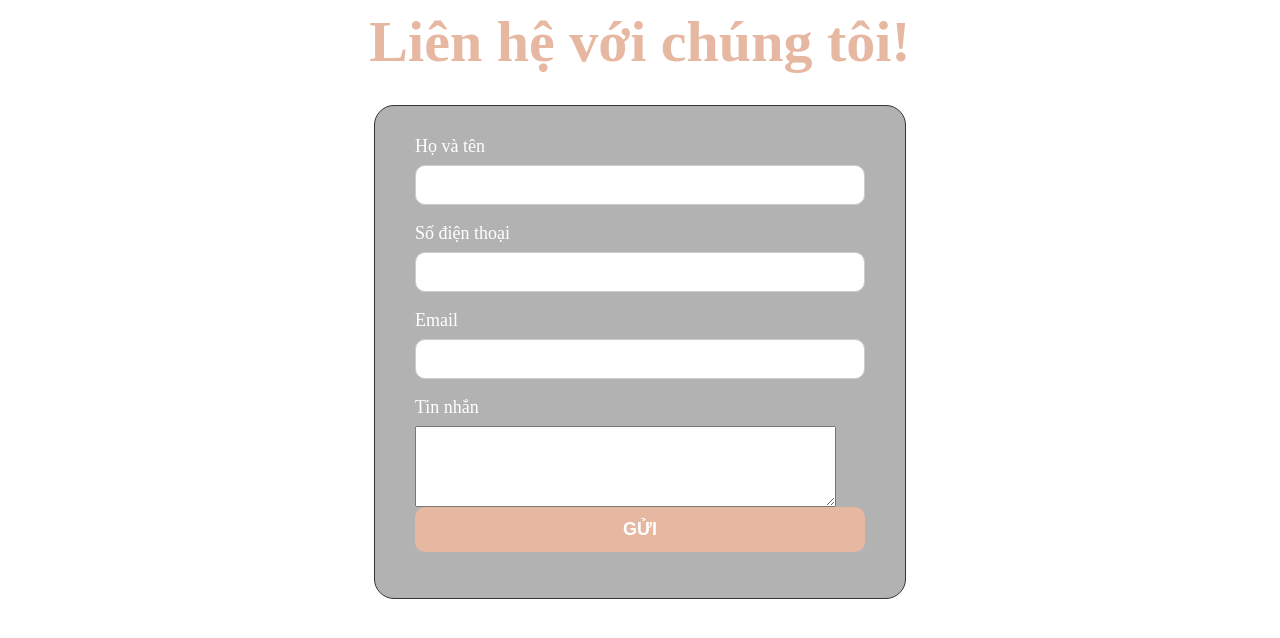
Repository: mingbeo100-boop/website_bancheonline
Page: http://localhost/pages/lienhe.php
The author's editor kept a copy of each file at every save. The page is drawn from the files as they stood at one save, then again after the next save.
The browser window is 1280 px wide. The pictures show the whole page.
The page is run by PHP 8.4 with error messages shown; the project is at /var/www/html/.

Above is the page before, as saved 2025-11-27 08:14:47.

### pages/lienhe.php
<style>
    h1 {
        font-family: 'Dancing Script', cursive;
        color: #E6B8A2;
        font-size: 58px;
        text-align: center;
        margin-bottom: 30px;
    }

    .decor-form {
        background: rgba(0, 0, 0, 0.3);
        padding: 30px 40px;
        border-radius: 20px;
        max-width: 450px;
        margin: auto;
        border: 1px solid #333;
        backdrop-filter: blur(3px);
    }

    label {
        color: white;
        font-size: 18px;
        margin-bottom: 8px;
        display: block;
    }

    input {
        width: 100%;
        padding: 10px 12px;
        margin-bottom: 18px;
        border-radius: 10px;
        border: 1px solid #ccc;
        font-size: 16px;
        outline: none;
    }

    input:focus {
        border-color: #E6B8A2;
        box-shadow: 0 0 5px #E6B8A2;
    }

    button {
        width: 100%;
        padding: 12px;
        background-color: #E6B8A2;
        color: white;
        border: none;
        font-size: 18px;
        font-weight: bold;
        border-radius: 10px;
        cursor: pointer;
        transition: 0.3s;
    }

    button:hover {
        background-color: #d9a48f;
    }
</style>

<h1>Liên hệ với chúng tôi!</h1>

<div class="decor-form">
    <form>
        <label>Họ và tên</label>
        <input type="text" name="name" required>

        <label>Số điện thoại</label>
        <input type="tel" name="number" required>

        <label>Email</label>
        <input type="email" name="email" required>

        <label>Tin nhắn</label>
        <textarea name="message" rows="5" cols="50"></textarea>

        <button type="submit">GỬI</button>
    </form>
</div>

After the next save:
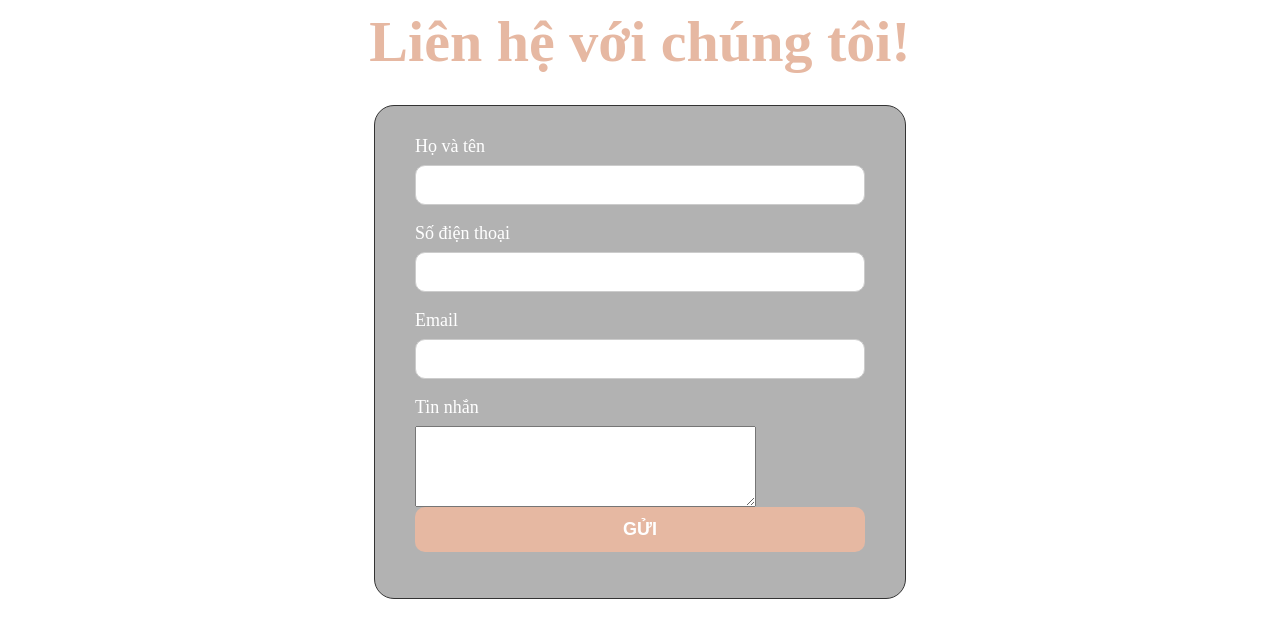
Saved 5 s later.
--- a/pages/lienhe.php
+++ b/pages/lienhe.php
@@ -71,7 +71,7 @@
         <input type="email" name="email" required>
 
         <label>Tin nhắn</label>
-        <textarea name="message" rows="5" cols="50"></textarea>
+        <textarea name="message" rows="5" cols="40"></textarea>
 
         <button type="submit">GỬI</button>
     </form>
